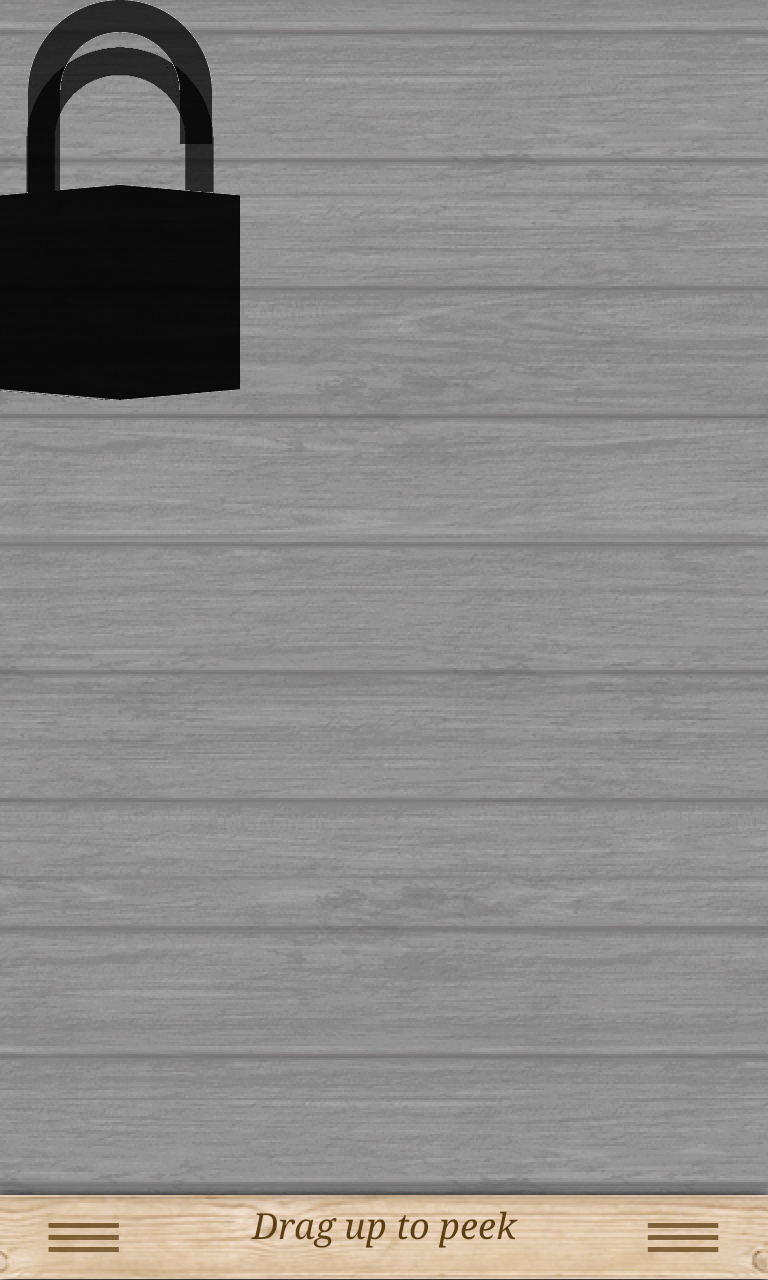
Repository: CrisFeo/JacksonPass
Layout: Android/Passwarp/res/layout/activity_main.xml
An editor plug-in stored every save of this project. The layout is shown before and after the next save, followed by the edit.
It is drawn on a 768 x 1280 px phone screen (xhdpi) without system bars, with theme AppTheme; the app's code is not run.

Above is the layout before, as saved 2012-09-16 00:09:03.

After the next save:
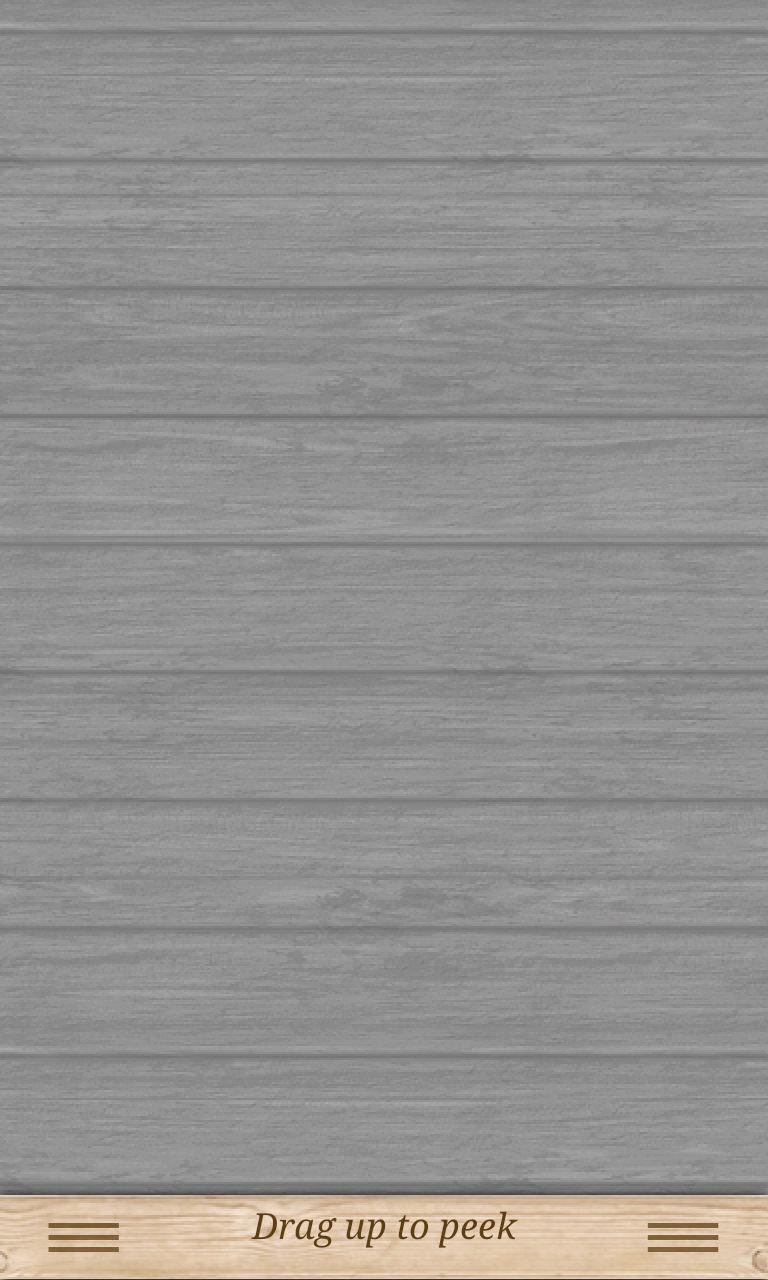
Saved 4 min 25 s later.
--- a/Android/Passwarp/res/layout/activity_main.xml
+++ b/Android/Passwarp/res/layout/activity_main.xml
@@ -4,17 +4,12 @@
     android:layout_height="match_parent"
     android:background="@drawable/backrepeat2" >
 
-    <ImageView
-        android:id="@+id/imageButton1"
+    <LinearLayout
         android:layout_width="wrap_content"
         android:layout_height="wrap_content"
-        android:src="@drawable/lock" />
+        android:orientation="vertical" >
 
-    <ImageView
-        android:id="@+id/imageButton2"
-        android:layout_width="wrap_content"
-        android:layout_height="wrap_content"
-        android:src="@drawable/unlock" />
+    </LinearLayout>
 
     <SlidingDrawer
         android:id="@+id/slidingDrawer1"
